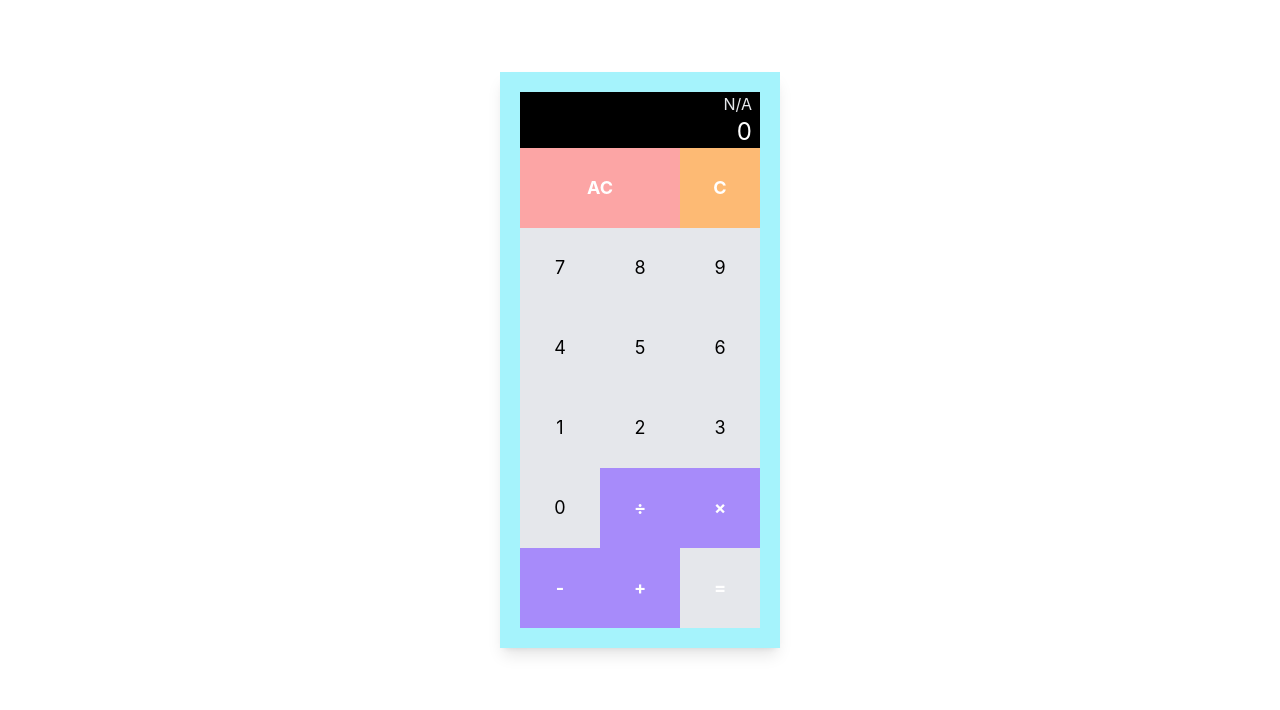
Repository: BrianPhamDev/calculator_app
Page: /
The author's editor kept a copy of each file at every save. The page is drawn from the files as they stood at one save, then again after a run of saves.
The browser window is 1280 px wide. The pictures show the whole page.
The project was rebuilt for these pictures with package versions that can differ from the ones it lists, and the page was loaded fresh each time. Also part of the build but not shown: vite.config.js.

Above is the page before, as saved 2024-01-09 14:50:09.

After the next 2 saves:
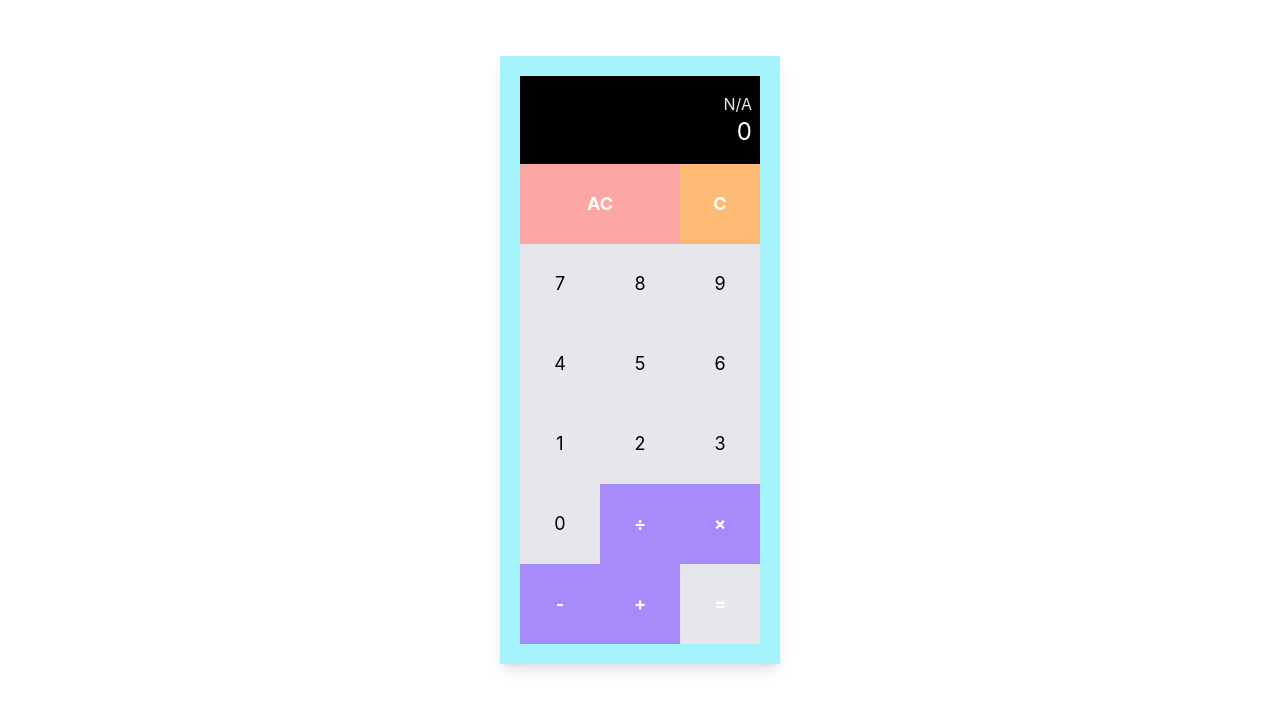
The 2 saves are shown as one change because they came seconds apart.
The last was saved 8 s later.
--- a/src/components/Calculator.jsx
+++ b/src/components/Calculator.jsx
@@ -17,7 +17,7 @@ const Calculator = () => {
 
   return (
     <div className="border-[20px] border-cyan-200 shadow-lg">
-      <div className="w-60 h-fit bg-black text-white flex flex-col items-end justify-around px-2 break-words break-all">
+      <div className="w-60 h-fit bg-black text-white flex flex-col items-end justify-around px-2 py-4 break-words break-all">
         <div className="previous text-gray-200">{previous || "N/A"}</div>
         <div className="current text-2xl">{current || "0"}</div>
       </div>
